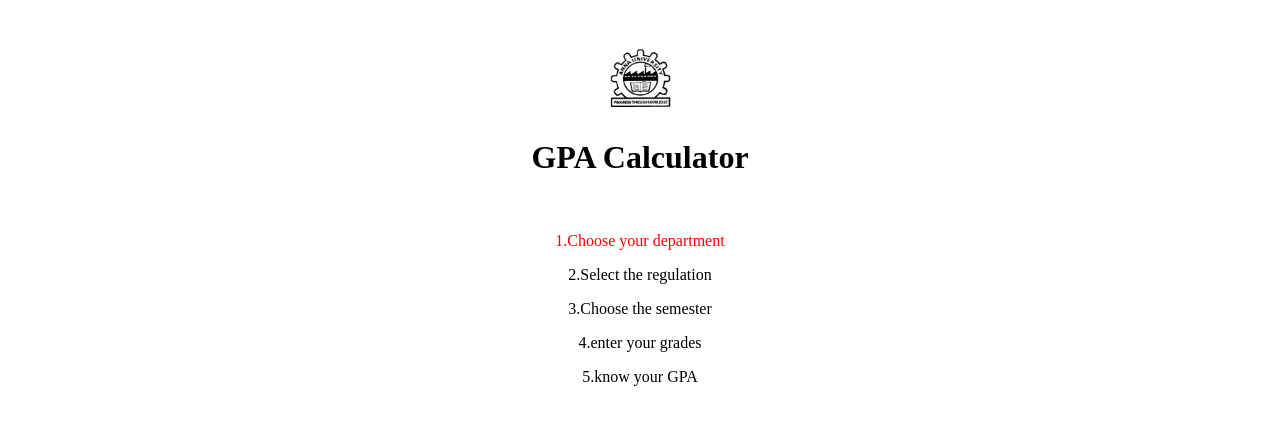
Repository: vigineshs/Mobile-Applications
Page: AnnaUniv GPA Calc/AnnaUniv GPA Calculator w/assets/www/index.html
These files come from the project's save history. The page is drawn as it stood at one moment and after the next save; the edit follows.
The browser window is 1280 px wide. The pictures show the whole page.

Above is the page before, as saved 2012-05-04 07:10:53.

After the next save:
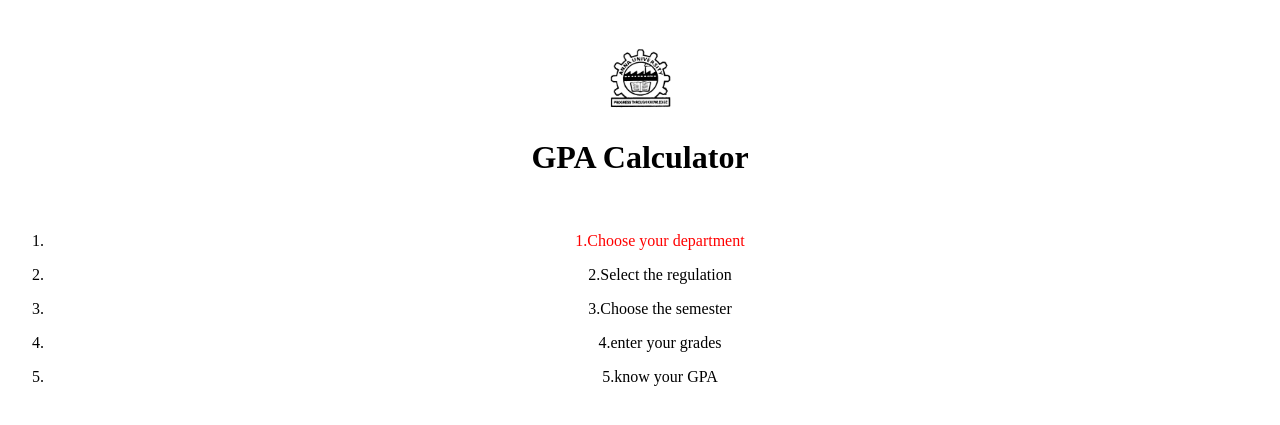
Saved 79 s later.
--- a/AnnaUniv GPA Calc/AnnaUniv GPA Calculator w/assets/www/index.html
+++ b/AnnaUniv GPA Calc/AnnaUniv GPA Calculator w/assets/www/index.html
@@ -8,11 +8,12 @@
 <body style="background-color:white; color:black" >
 <br /> <br /> <center><img src="anna_university_logo.png" style="width:70px; height:70px" />
 <h1>GPA Calculator</h1><br />
-<p><font face="NASAL" color="red">1.Choose your department</font></p>
-<p>2.Select the regulation</p>
-<p>3.Choose the semester</p>
-<p>4.enter your grades</p>
-<p>5.know your GPA</p>
+<ol>
+<li><p><font face="NASAL" color="red">1.Choose your department</font></p></li>
+<li><p>2.Select the regulation</p></li>
+<li><p>3.Choose the semester</p></li>
+<li><p>4.enter your grades</p></li>
+<li><p>5.know your GPA</p></li>
 </center>
 </body>
 </html>
